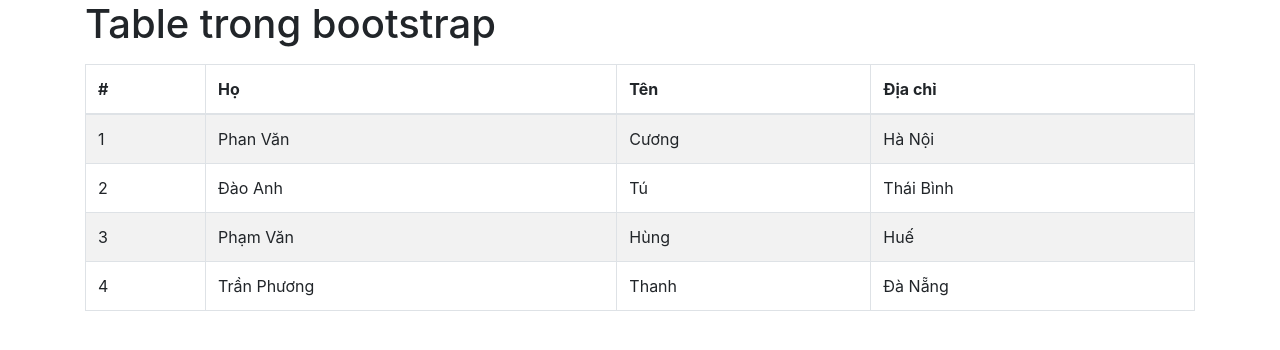
Repository: anhtu2110/front_end
Page: lesson/bootstrap/advance/5.2-table.html
An editor plug-in stored every save of this project. The page is shown before and after the next save, followed by the edit.
The browser window is 1280 px wide. The pictures show the whole page.

Above is the page before, as saved 2022-12-06 20:03:46.

After the next save:
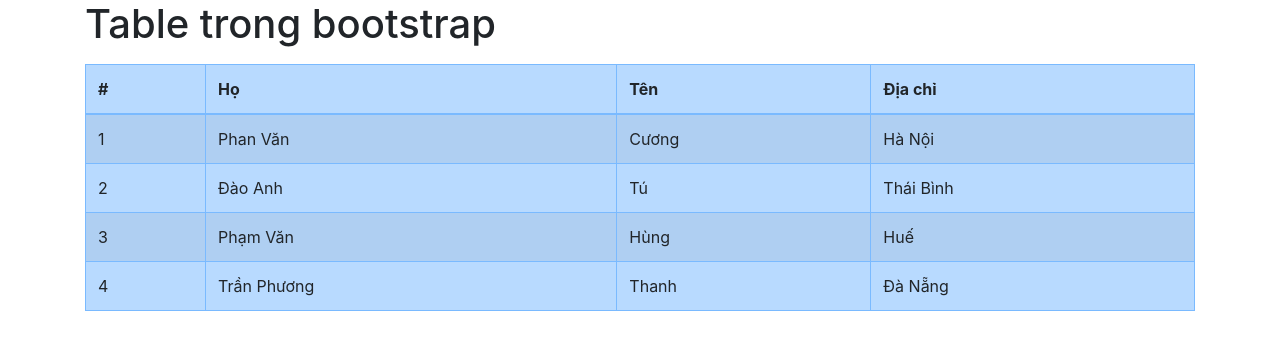
Saved 21 s later.
--- a/lesson/bootstrap/advance/5.2-table.html
+++ b/lesson/bootstrap/advance/5.2-table.html
@@ -12,7 +12,9 @@
       <div class="row">
         <div class="col-md-12">
           <h1 class="table">Table trong bootstrap</h1>
-          <table class="table table-bordered table-striped table-hover">
+          <table
+            class="table table-bordered table-striped table-hover table-primary"
+          >
             <thead>
               <tr>
                 <th>#</th>

After the save that followed:
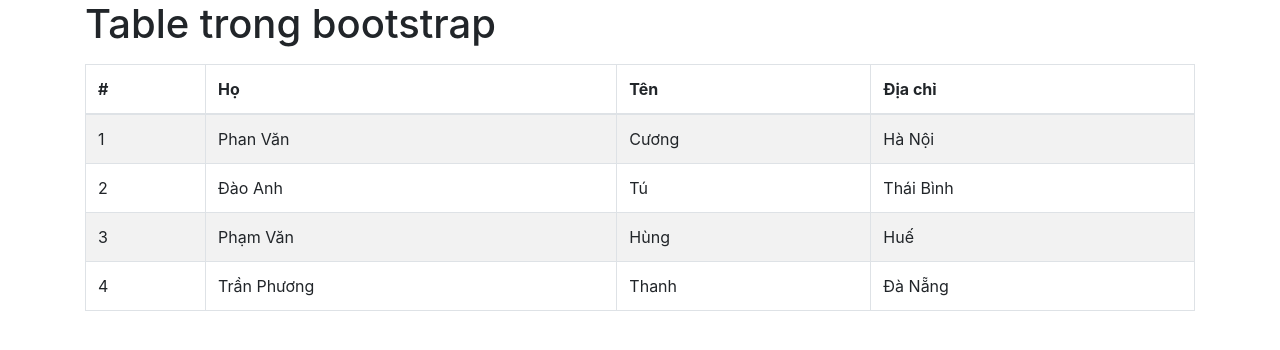
Saved 25 s later.
--- a/lesson/bootstrap/advance/5.2-table.html
+++ b/lesson/bootstrap/advance/5.2-table.html
@@ -12,10 +12,8 @@
       <div class="row">
         <div class="col-md-12">
           <h1 class="table">Table trong bootstrap</h1>
-          <table
-            class="table table-bordered table-striped table-hover table-primary"
-          >
-            <thead>
+          <table class="table table-bordered table-striped table-hover">
+            <thead class="thead-primary">
               <tr>
                 <th>#</th>
                 <th>Họ</th>
